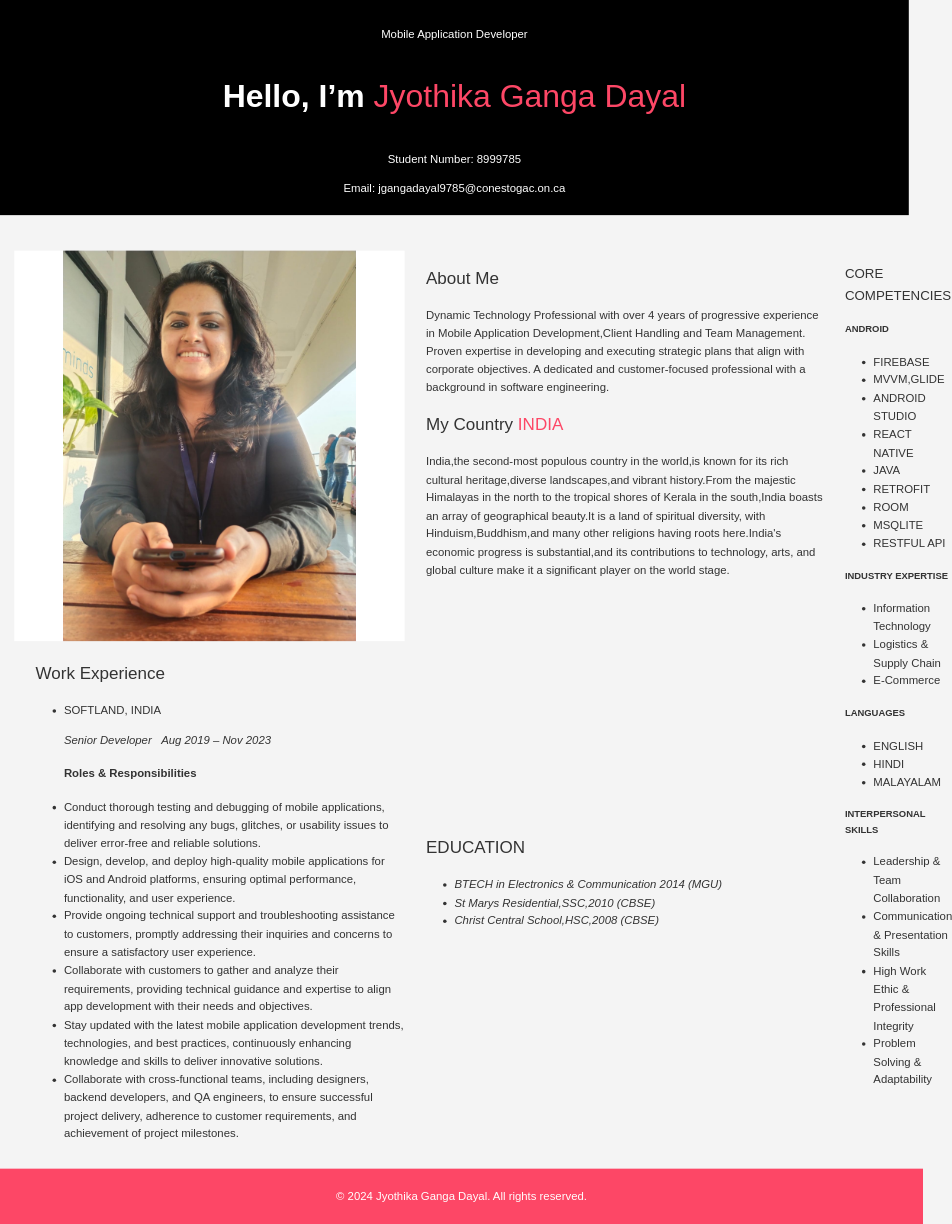
Repository: jyothika123/portfolio
Page: index.html
These files come from the project's save history. The page is drawn as it stood at one moment and after the next save; the edit follows.
The browser window is 1280 px wide. The page is 1341 px wide, so the pictures cover 1341 px, including what lies to the right of the window. The pictures show the whole page, at 71% of full size.
Pictures or frames that could not be fetched are drawn as grey boxes. Some web fonts or font styles are not loaded; a fallback is used.

Above is the page before, as saved 2024-09-22 21:06:36.

### index.html
<!DOCTYPE html>
<html lang="en">
<head>
    <meta charset="UTF-8">
    <meta name="viewport" content="width=device-width, initial-scale=1.0">
    <link rel="stylesheet" href="css/style.css">
    <title>Jyothika Ganga Dayal</title>
    <link rel="preconnect" href="https://fonts.googleapis.com">
    <link rel="preconnect" href="https://fonts.gstatic.com" crossorigin>
    <link href="https://fonts.googleapis.com/css2?family=Anton+SC&display=swap" rel="stylesheet">
</head>
<body>
    <header>
        <div class="content">
            <br>
            <span class="title">Mobile Application Developer</span>
            <h1>Hello, I’m <span class="anton-sc-regular">Jyothika Ganga Dayal</span></h1>
            <p>Student Number: 8999785</p>
            <p>Email: jgangadayal9785@conestogac.on.ca</p>
        </div>
    </header>
    <main>
        <section class="box">
            <section class="bio">
                <div>
                    <img src="images/image.PNG" alt="A photo representing me" class="profile">
                    <div class="experience" >
                        <h2 class="anton-sc-regular">Work Experience</h2>
                            <ul>
                                <li>
                                    <p class="anton-sc-regular">SOFTLAND, INDIA</p>
                                    <p class="position">Senior Developer&nbsp;&nbsp;&nbsp;<span class="position">Aug 2019 – Nov 2023</span></p>
                                    <h4>Roles & Responsibilities</h4>
                                    <li>Conduct thorough testing and debugging of mobile applications,
                                        identifying and resolving any bugs, glitches, or usability issues to
                                        deliver error-free and reliable solutions.</li>
                                     <li>  Design, develop, and deploy high-quality mobile applications for iOS and
                                        Android platforms, ensuring optimal performance, functionality, and user
                                        experience.</li>
                                    <li> Provide ongoing technical support and troubleshooting assistance to
                                        customers, promptly addressing their inquiries and concerns to ensure a
                                        satisfactory user experience.</li>
                                     <li>Collaborate with customers to gather and analyze their requirements,
                                        providing technical guidance and expertise to align app development with
                                        their needs and objectives.</li>
                                     <li>Stay updated with the latest mobile application development trends,
                                        technologies, and best practices, continuously enhancing knowledge and
                                        skills to deliver innovative solutions.</li>
                                    <li>Collaborate with cross-functional teams, including designers, backend
                                        developers, and QA engineers, to ensure successful project delivery,
                                        adherence to customer requirements, and achievement of project
                                        milestones.</li>
                                </li>
                            </ul>


                    </div>
                </div>
                <div>
                    <h2 class="anton-sc-regular">About Me</h2>
                    <p>Dynamic Technology Professional with over 4 years of progressive experience
                        in Mobile Application Development,Client Handling and Team Management. Proven
                        expertise in developing and executing strategic plans that align with
                        corporate objectives. A dedicated and customer-focused professional with a
                        background in software engineering. </p>
                    <h2 class="anton-sc-regular">My Country <span class="country">INDIA</span> </h2>
                    <p>India,the second-most populous country in the world,is known for its rich cultural heritage,diverse landscapes,and vibrant history.From the majestic Himalayas in the north to the tropical shores of Kerala in the south,India boasts an array of geographical beauty.It is a land of spiritual diversity, with Hinduism,Buddhism,and many other religions having roots here.India's economic progress is substantial,and its contributions to technology, arts, and global culture make it a significant player on the world stage.</p>
                    <iframe width="560" height="315" src="https://www.youtube.com/embed/S-A1upowdJI?si=CN6QXoWvff-tpz_o" title="YouTube video player" frameborder="0" allow="accelerometer; autoplay; clipboard-write; encrypted-media; gyroscope; picture-in-picture; web-share" referrerpolicy="strict-origin-when-cross-origin" allowfullscreen></iframe>
                    <h2 class="anton-sc-regular">EDUCATION</h2>
                    <ul>
                        <li class="position">BTECH in Electronics & Communication 2014 (MGU)</li>
                        <li class="position">St Marys Residential,SSC,2010 (CBSE)</li>
                        <li class="position">Christ Central School,HSC,2008 (CBSE)</li>
                    </ul>

                </div>

            </section>

            <section>
                <h3 class="anton-sc-regular">CORE COMPETENCIES</h3>
                <h5>ANDROID </h5>
                <ul>
                    <li>FIREBASE</li>
                    <li>MVVM,GLIDE</li>
                    <li>ANDROID STUDIO</li>
                    <li>REACT NATIVE</li>
                    <li>JAVA</li>
                    <li>RETROFIT</li>
                    <li>ROOM</li>
                    <li>MSQLITE</li>
                    <li>RESTFUL API</li>
                </ul>
                <h5>INDUSTRY EXPERTISE</h5>
                <ul>
                    <li>Information Technology</li>
                    <li>Logistics & Supply Chain</li>
                    <li>E-Commerce</li>
                </ul>
                <h5>LANGUAGES</h5>
                <ul>
                    <li>ENGLISH</li>
                    <li>HINDI</li>
                    <li>MALAYALAM</li>
                </ul>
                <h5>INTERPERSONAL SKILLS</h5>
                <ul>
                    <li>Leadership & Team Collaboration</li>
                    <li>Communication & Presentation Skills</li>
                    <li> High Work Ethic & Professional Integrity</li>
                    <li>Problem Solving & Adaptability</li>
                </ul>
            </section>
            <!-- <section class="country">
                <h2>Your Country</h2>
                <p>A brief paragraph about your country.</p>
                <iframe width="560" height="315" src="https://www.youtube.com/embed/your_video_id"
                        title="Interesting video about me/country/skills"
                        frameborder="0" allowfullscreen></iframe>
            </section> -->
        </section>

    </main>
    <footer>
        <p>&copy; 2024 Jyothika Ganga Dayal. All rights reserved.</p>
    </footer>
</body>
</html>

### css/style.css


body {
    font-family: Arial, sans-serif;
    line-height: 1.6;
    margin: 0;
    padding: 0;
    color: #333;
    background-color: #f4f4f4;
}

header {
    background: #000000;
    color: #fff;
    padding: 10px;
    text-align: center;
}

main {
    display: flex;
    justify-content: space-between;
    padding: 20px;
}

.bio {
    display: grid;
    grid-template-columns: 1fr 3fr;
    gap:30px;
}

.country {
    flex: 3;
}

footer {
    background: #fd4766;
    color: #fff;
    text-align: center;
    padding: 10px ;
    position: relative;
    bottom: 0;
    width: 100%;
}

.profile{
    width:550px;
    height: 550px;
}

.content h1 {
    color: #ffffff;
    font-size: 45px;
    font-weight: 900;
    line-height: 90px;
    text-transform: inherit;
    width: 100%;
  }
  .content h1 span {
    color: #fd4766;
  }
  .content p {
    width: 100%;
    color: #ffffff;
    margin-top: 5px;
    margin-bottom: 15px;
  }
  .box{
    margin-top: 30px;
    display: grid;
    grid-template-columns: 3.2fr 0.8fr;
    gap:30px;
  }
  .country{
    color: #fd4766;
  }
  .experience{
    margin-left: 30px;

  }
  .anton-sc-regular {
    font-family: "Anton SC", sans-serif;
    font-weight: 400;
    font-style: normal;
    text-decoration: none;
  }
  .position{
    font-style: italic;
  }

After the next save:
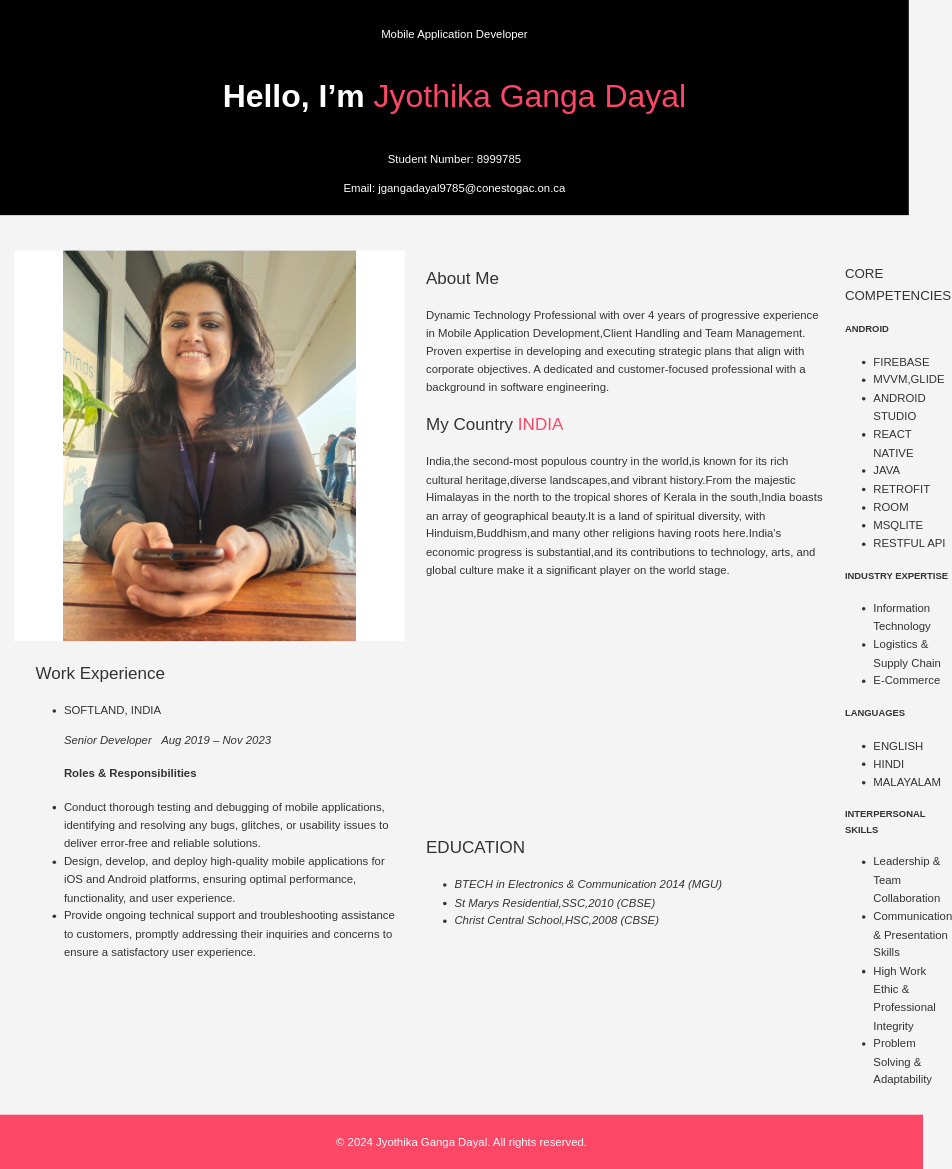
Saved 113 s later.
--- a/index.html
+++ b/index.html
@@ -40,16 +40,6 @@
                                     <li> Provide ongoing technical support and troubleshooting assistance to
                                         customers, promptly addressing their inquiries and concerns to ensure a
                                         satisfactory user experience.</li>
-                                     <li>Collaborate with customers to gather and analyze their requirements,
-                                        providing technical guidance and expertise to align app development with
-                                        their needs and objectives.</li>
-                                     <li>Stay updated with the latest mobile application development trends,
-                                        technologies, and best practices, continuously enhancing knowledge and
-                                        skills to deliver innovative solutions.</li>
-                                    <li>Collaborate with cross-functional teams, including designers, backend
-                                        developers, and QA engineers, to ensure successful project delivery,
-                                        adherence to customer requirements, and achievement of project
-                                        milestones.</li>
                                 </li>
                             </ul>
 
